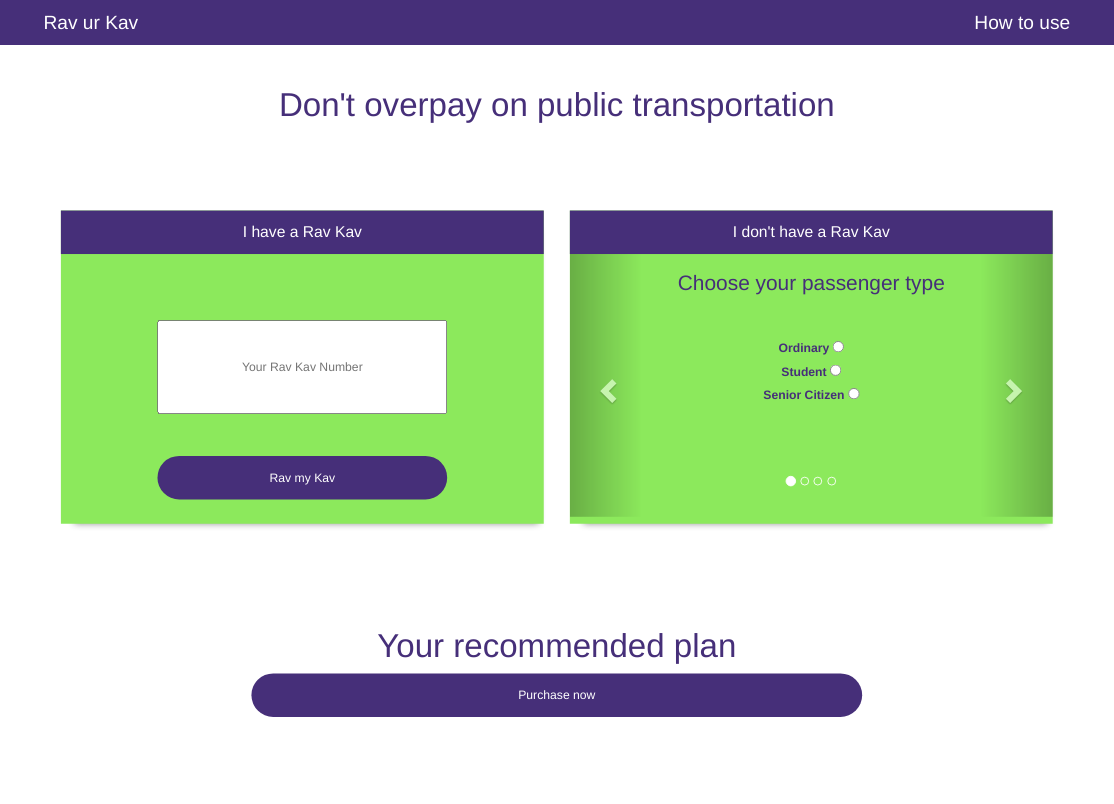
Repository: Louhla/Rav-ur-Kav
Page: index.html
These files come from the project's save history. The page is drawn as it stood at one moment and after a run of saves; the edit follows.
The browser window is 1280 px wide. The pictures show the whole page, at 87% of full size.

Above is the page before, as saved 2019-07-18 13:30:04.

### index.html
<!DOCTYPE html>
<html lang="en">

<head>
    <meta charset="utf-8">
    <meta name="viewport" content="width=device-width, initial-scale=1">
    <link href="https://fonts.googleapis.com/css?family=Roboto&display=swap" rel="stylesheet">
    <link rel="stylesheet" href="https://maxcdn.bootstrapcdn.com/bootstrap/3.4.0/css/bootstrap.min.css">
    <script src="https://ajax.googleapis.com/ajax/libs/jquery/3.4.1/jquery.min.js"></script>
    <script src="https://maxcdn.bootstrapcdn.com/bootstrap/3.4.0/js/bootstrap.min.js"></script>
    <link rel="stylesheet" type="text/css" href="./css/rav-ur-kav.css">
    <title>Rav ur kav - Public Transport Calculator</title>
    <meta name="description" content="Get the best rate for your Rav Kav according to your commute">
</head>

<body>
    <div id="modal-wrapper">
        <div class="modal">
            <h1>How to get the most our of your Rav Kav:</h1>
            <h3>For current Rav Kav users:</h3>
            <h3>Log in with your Rav Kav card number located on the back of your card (bottom right corner)</h3>
            <h3>Rav ur Kav alanlyzes your commute history and reccomends the best Rav Kav plan that will save you the
                most money</h3>
            <h3>Not sure what plan is right for you?</h3>
            <h3>Use the Rav Kav plan calculator to figure out which plan is right for you</h3>
            <br>
            <div id="button-box">
                <button class="my-button" id="close">Close</button>
            </div>
        </div>
    </div>
    <div id="root"></div>
    <heading class="header">
        <div class="logo">Rav ur Kav
        </div>
        <div id="how-to">How to use
        </div>
    </heading>

    <div class="container">
        <div id="first-slide">
            <div class="row">
                <div class="col-md-12">
                    <h1>Don't overpay on public transportation</h1>
                </div>
            </div>
            <div class="row">
                <div class="col-md-6">
                    <form id="existing-user-form">
                        <div class="existing-user">
                            <h4>I have a Rav Kav</h4>
                            <input id="rav-kav-number" type=text placeholder="Your Rav Kav Number"></input>
                            <a href="#recommended-plan">
                                <input type="submit" value="Rav my Kav" id="rav-kav-number-button" />
                            </a>
                    </form>
                </div>
            </div>
            <div class="col-md-6">
                <div class="new-user">
                    <h4>I don't have a Rav Kav</h4>
                    <div id="myCarousel" class="carousel slide" data-ride="carousel">
                        <!-- Indicators -->
                        <ol class="carousel-indicators">
                            <li data-target="#myCarousel" data-slide-to="0" class="active"></li>
                            <li data-target="#myCarousel" data-slide-to="1"></li>
                            <li data-target="#myCarousel" data-slide-to="2"></li>
                            <li data-target="#myCarousel" data-slide-to="3"></li>
                        </ol>

                        <!-- Wrapper for slides -->
                        <form id="plan-calculator-form1">
                            <div class="carousel-inner">
                                <div class="item active">
                                    <h3>Choose your passenger type</h3>
                                    <div>
                                        <label>Ordinary</label>
                                        <input type="radio" name="radio" value="ordinary"></input>
                                    </div>
                                    <div>
                                        <label>Student</label>
                                        <input type="radio" name="radio" value="student"></input>
                                    </div>
                                    <div>
                                        <label>Senior Citizen</label>
                                        <input type="radio" name="radio" value="senior"></input>
                                    </div>
                                </div>
                        </form>

                        <div class="item">
                            <h3>Where do you wanna ride?</h3>
                            <form id="plan-calculator-form2">
                                <label style="display:block">Choose one city or two if you are travelling between
                                    them</label>
                                <select>
                                    <option value="TelAviv">Tel Aviv</option>
                                    <option value="Jerusalem">Jerusalem</option>
                                    <option value="Haifa">Haifa</option>
                                    <option value="Rishon-le-zion">Rishon Le Zion</option>
                                    <option value="Herzlya">Herzlya</option>
                                    <option value="Herzlya">Herzlya</option>
                                    <option value="Herzlya">Herzlya</option>
                                    <option value="Beit-shemesh">Beit Shemesh</option>
                                </select>
                                <button id="add-city">add city</button>
                                <select id="hidden-cities">
                                    <option value="TelAviv">Tel Aviv</option>
                                    <option value="Jerusalem">Jerusalem</option>
                                    <option value="Haifa">Haifa</option>
                                    <option value="Rishon-le-zion">Rishon Le Zion</option>
                                    <option value="Herzlya">Herzlya</option>
                                    <option value="Herzlya">Herzlya</option>
                                    <option value="Herzlya">Herzlya</option>
                                    <option value="Beit-shemesh">Beit Shemesh</option>
                                </select>
                            </form>
                        </div>

                        <div class="item">
                            <h3>What's your public transportation?</h3>
                            <table id="driving-pattern">
                                <form id="plan-calculator-form3">
                                    <tr>
                                        <th>Type</th>
                                        <th>MON</th>
                                        <th>TUE</th>
                                        <th>WED</th>
                                        <th>THU</th>
                                        <th>FRI</th>
                                        <th>SAT</th>
                                        <th>SUN</th>
                                    </tr>
                                    <tr>
                                        <td>City 2 City Bus</td>
                                        <td><input id="c2c" class="rides-per-day" type="number" min="0" max="9"></input>
                                        </td>
                                        <td><input class="rides-per-day" type="number" min="0" max="9"></input></td>
                                        <td><input class="rides-per-day" type="number" min="0" max="9"></input></td>
                                        <td><input class="rides-per-day" type="number" min="0" max="9"></input></td>
                                        <td><input class="rides-per-day" type="number"></input></td>
                                        <td><input class="rides-per-day" type="number" min="0" max="9"></input></td>
                                        <td><input class="rides-per-day" type="number" min="0" max="9"></input></td>
                                    </tr>
                                    <tr>
                                        <td>City 2 City Train</td>
                                        <td><input class="rides-per-day" type="number" min="0" max="9"></input></td>
                                        <td><input class="rides-per-day" type="number" min="0" max="9"></input></td>
                                        <td><input class="rides-per-day" type="number" min="0" max="9"></input></td>
                                        <td><input class="rides-per-day" type="number" min="0" max="9"></input></td>
                                        <td><input class="rides-per-day" type="number" min="0" max="9"></input></td>
                                        <td><input class="rides-per-day" type="number" min="0" max="9"></input></td>
                                        <td><input class="rides-per-day" type="number" min="0" max="9"></input></td>
                                    </tr>
                                    <tr>
                                        <td>City Bus</td>
                                        <td><input class="rides-per-day" type="number" min="0" max="9"></input></td>
                                        <td><input class="rides-per-day" type="number" min="0" max="9"></input></td>
                                        <td><input class="rides-per-day" type="number" min="0" max="9"></input></td>
                                        <td><input class="rides-per-day" type="number" min="0" max="9"></input></td>
                                        <td><input class="rides-per-day" type="number" min="0" max="9"></input></td>
                                        <td><input class="rides-per-day" type="number" min="0" max="9"></input></td>
                                        <td><input class="rides-per-day" type="number" min="0" max="9"></input></td>
                                    </tr>
                                </form>
                            </table>
                        </div>
                        <div id="submit-new-user" class="item">
                            <a href="#recommended-plan">
                                <input type="submit" value="Rav my Kav" id="rav-my-kav" />
                            </a>
                        </div>
                    </div>
                    </form>
                    <!-- Left and right controls -->
                    <a class="left carousel-control" href="#myCarousel" data-slide="prev">
                        <span class="glyphicon glyphicon-chevron-left"></span>
                        <span class="sr-only">Previous</span>
                    </a>
                    <a class="right carousel-control" href="#myCarousel" data-slide="next">
                        <span class="glyphicon glyphicon-chevron-right"></span>
                        <span class="sr-only">Next</span>
                    </a>
                </div>
            </div>
        </div>

        <div class="row">
            <div class="col-md-12 recommended-plan" id="recommended-plan">
                <h2>Your recommended plan</h2>
                <div id="plan1">
                    <div class="title">Monthly Rav Kav Plan</div>
                    <div>With a monthly plan your saving would be: 50NIS per Month</div>
                </div>

                <button id="purchase">Purchase now</button>
            </div>
        </div>
        <script type="text/javascript" src="./js/rav-ur-kav.js"></script>
</body>

</html>

### css/rav-ur-kav.css
body {
    margin: 0px;
    padding: 0px;

    /* background-image: url(../IMG/bus.jpg); */
}
/* Modal START */
#modal-wrapper {
    position: fixed;
    top: 0;
    bottom: 0;
    right: 0;
    left: 0;
    background-color: rgba(0, 0, 0, 0.5);
    z-index: 12345;
    display: none;
}
#plan1{
    display: none;
}
#modal-wrapper .modal {
    background-color: #462F79;
    width: 70vw;
    height: 70vh;
    position: absolute;
    top: 50%;
    left: 50%;
    transform: translateX(-50%) translateY(-50%);
    border-radius: 5px;
    color: white;
    display: flex;
    flex-direction: column;
    justify-content: space-evenly;
}


.modal h1 {
    font-size: 3rem;
    margin: 1rem 5rem;
    text-shadow: 1px 2px #000000;
}

.modal h3 {
    font-size: 2rem;
    margin: 1rem 5rem;
}

#button-box {
    width: 80%;
    display: flex;
    justify-content: flex-end;
    align-items: center;
}

.my-button {
    color: white;
    background-color:#27164D;
    height: 5vh;
    width: 20vh;
    font-size: 4vh;
    text-align: center;
    padding: 0;
}
/* Modal END */

/* Homepage START */
.header{
    display: flex;
    position: fixed;
    z-index: 9;
    justify-content: space-between;
    width: 100%;
    align-items: center;
    box-shadow: 5px;
    background-color: #462F79;
    color: white;
    font-size: 22px;
}
.logo{
    margin: 10px 0px 10px 50px;
}
.how-to{
    margin: 10px 50px 10px 0px;
}
.existing-user{
    background-color: #8CE95C;
    display: flex;
    flex-direction: column;
    text-align: center;
    height: 50vh;
    box-shadow: 5px 10px 8px -10px #888888;
}
.new-user{
    background-color: #8CE95C;
    text-align: center;
    height: 50vh;
    box-shadow: 5px 10px 8px -10px #888888;
}
h1{
    text-align: center;
    margin: 100px;
    color: #8CE95C;
    font-size: 38px;
}
.existing-user > h4, .new-user > h4{
    background-color: #462F79;
    padding: 15px 0px;
    margin: 0px;
    color: white;
}
#rav-kav-number{
    width: 60%;
    margin: auto;
    text-align: center;
}
#rav-kav-number-button, #purchase, #rav-my-kav{
    width: 60%;
    margin: auto;
    height: 50px;
    border-radius: 50px;
    border-style: none;
    color: white;
    background-color: #462F79;
    -webkit-transition: width 0.5s ease-in-out;
    -moz-transition: width 0.5s ease-in-out;
    -ms-transition: width 0.5s ease-in-out;
    transition: width 0.5s ease-in-out;
}
#rav-kav-number-button{
    position: relative;
    top: -28px;
}
#submit-new-user{
    height: 200px;
}
#rav-my-kav{
    position: relative;
    top: 37px;
}
#hidden-cities{
    display:none;
    margin: auto;
    margin-left: 184px;
}
#add-city{
    background-color: #462F79;
    border-radius: 50px;
    border-style: none;
    color: white;
}
.submit-new-customer{
    height: 200px;
}
.add-city{
    background-color: #462F79;
    border-radius: 50px;
    border-style: none;
    color:white;
}
#hidden-city{
    display: none;
}
#rav-my-kav{
    position: relative;
    top: 50%;
}
#rav-kav-number-button:hover{
    width: 62%;
}
a{
    cursor:pointer;
    text-decoration: none;
    color: white;
}
a:hover{
    text-decoration: none;
    color: white;
}
#how-to{
    margin: 10px 50px 10px 0px;
    cursor: pointer;
}
.existing-user{
    background-color: #8CE95C;
    display: flex;
    flex-direction: column;
    text-align: center;
    height: 50vh;
}
.new-user{
    background-color: #8CE95C;
    text-align: center;
    height: 50vh;
}
h1{
    text-align: center;
    margin: 100px;
    color: #462F79;
    font-size: 38px;
}
.existing-user > h4, .new-user > h4{
    background-color: #462F79;
    padding: 15px 0px;
    margin: 0px;
    color: white;
}
#rav-kav-number{
    width: 60%;
    height: 30%;
    margin: auto;
    text-align: center;
}
.recommended-plan{
    /* change to display none for jump link */
    display: flex;
    align-items :center;
    flex-direction: column;
    margin-top: 100px;
}
.recommended-plan > div{
    height: 300px;
}
h2{
    color: #462F79;
    font-size: 38px;
}
#purchase{
    margin-bottom: 100px;
}
.carousel{
    position: relative;
    height: 84%;
    color: #462F79;
}
#passenger-type{
    display: flex;
    flex-direction: column;
    align-items: center;
    justify-content: space-evenly;
}
label{
    border-radius: 50%;
}
h3{
    margin-bottom: 50px;
}
.rides-per-day{
    width: 30px;
    height: 30px;
}
#driving-pattern{
    margin: auto;
}
#show-plan{
    position: relative;
    top: -27px;
}
/* Homepage END */

### js/rav-ur-kav.js

$(document).ready(() => {
  // Globals

  // Modal buttons
  let howToButton = $("#how-to");
  let closeModalButton = $("#close");
  $(closeModalButton).on("click", () => {
    $("#modal-wrapper").toggle();
  });
  $(howToButton).on("click", () => {
    $("#modal-wrapper").toggle();
  });
  // Rav my Kav button
  let reccomendedPlanButton1 = $("#rav-kav-number-button");
  let reccomendedPlanButton2 = $("#rav-my-kav");
  $(reccomendedPlanButton1).on("click", (e) => {
        event.preventDefault();
    $("#recommended-plan").css("display", "flex");
    var randomNumb = 1;
    $(`#plan${randomNumb}`).css("display", "flex");
  });
  $(reccomendedPlanButton2).on("click", () => {
    $("#recommended-plan").css("display", "flex");
  });
  $("#add-city").on("click", () => {
    $("#hidden-cities").css("display", "flex");
  });
  // $("#rav-kav-number-button").on("click", (function () {
  //   event.preventDefault();
  //   var userRavKavNumber = $("#rav-kav-number").val();
  //   $.ajax({
  //       type: "POST",
  //       url: "localhost7000/",
  //       data: {
  //           ravkavnumber: userRavKavNumber,
  //       },
  //   });
});



  $('#plan-calculator-form1').click(function(){
    var usertype = $("input[name=radio]:checked", "#plan-calculator-form1").val();
      console.log(usertype);
  })
  $('#plan-calculator-form2').click(function(e){
    event.preventDefault();
    var objVal = {};
    var city = $("#plan-calculator-form2").find(":selected").val();
      console.log(city);
  })

//this could be another option:
  // $('#add').on("click", function() {
  //   var objVal = {};
  //   $('select').each(function() {
  //     var arr = $(':selected', this).map(function() {
  //       return this.value;
  //     }).get();
  //     objVal[$(this).attr("name")] = arr;
  //   });
  //   console.log(objVal);
  // });

  $('#plan-calculator-form3').click(function(){
    var frequency = $('#plan-calculator-form3').attr("id", "c2c");
      console.log(frequency);
  })


$('#rav-kav-number').on('input', function (event) {
  this.value = this.value.replace(/[^0-9]/g, '');
});

$('.carousel').carousel({
  interval: false
}).on('slid.bs.carousel', function () {
  curSlide = $('.active');
  if (curSlide.is(':first-child')) {
    $('.left').hide();
    return;
  } else {
    $('.left').show();
  }
  if (curSlide.is(':last-child')) {
    $('.right').hide();
    return;
  } else {
    $('.right').show();
  }
});

After the next 2 saves:
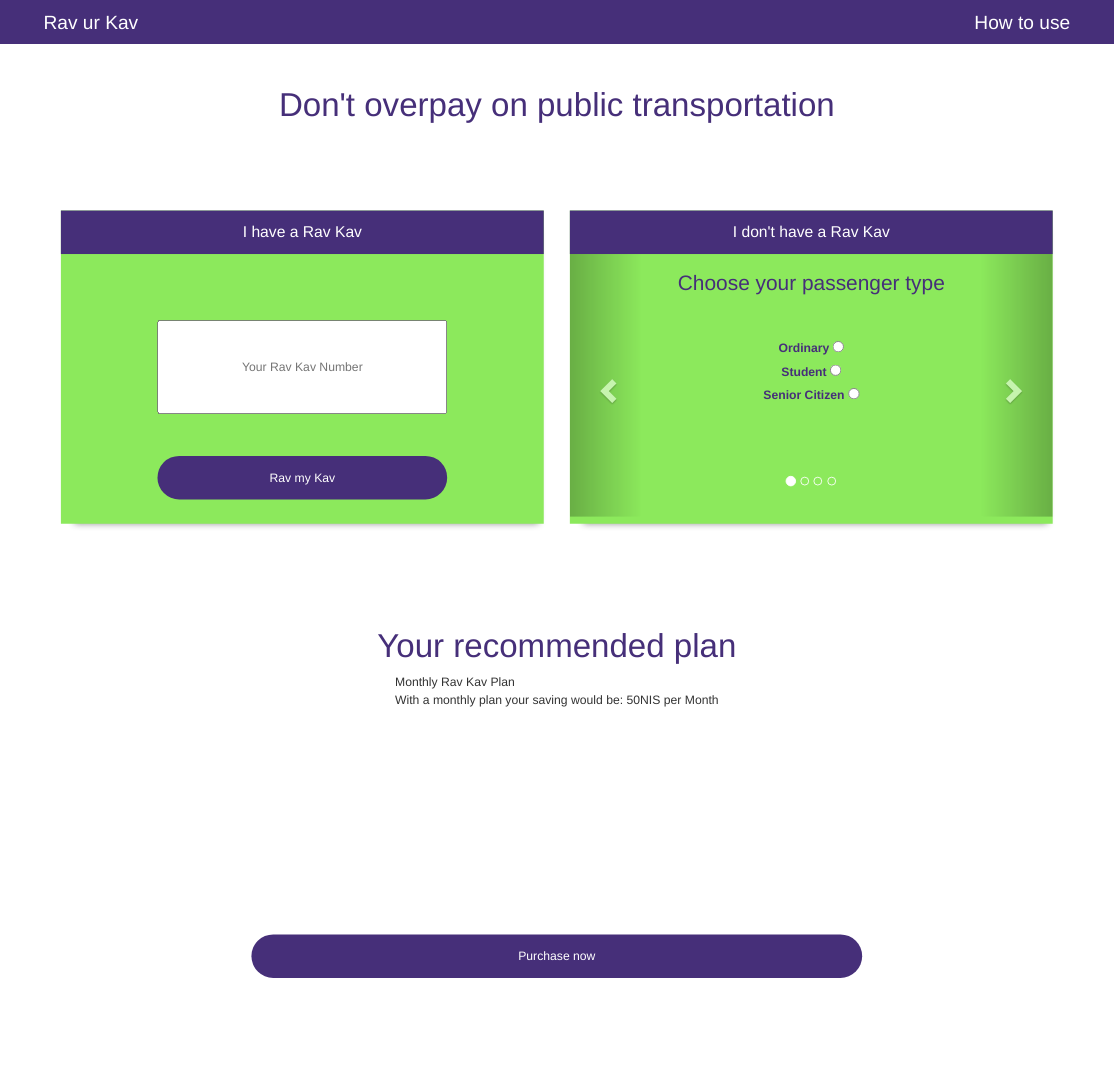
The 2 saves are shown as one change because they came seconds apart.
The last was saved 8 s later.
--- a/index.html
+++ b/index.html
@@ -192,7 +192,10 @@
                     <div class="title">Monthly Rav Kav Plan</div>
                     <div>With a monthly plan your saving would be: 50NIS per Month</div>
                 </div>
-
+                <div id="plan2">
+                        <div class="title">Monthly Rav Kav Plan</div>
+                        <div>With a monthly plan your saving would be: 50NIS per Month</div>
+                    </div>
                 <button id="purchase">Purchase now</button>
             </div>
         </div>
